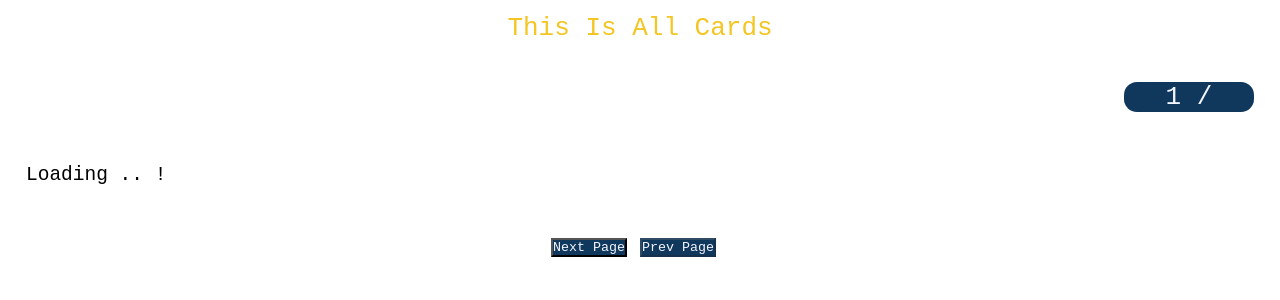
Repository: rehamtaher10/reactQueryTask
Page: /
The author's editor kept a copy of each file at every save. The page is drawn from the files as they stood at one save, then again after a run of saves.
The browser window is 1280 px wide. The pictures show the whole page.
The page's requests for data from a server got no answer. The project was rebuilt for these pictures with package versions that can differ from the ones it lists, and the page was loaded fresh each time. No one was signed in, and anything a server would have sent is missing. Also part of the build but not shown: vite.config.js.

Above is the page before, as saved 2024-12-07 20:24:10.

After the next 2 saves:
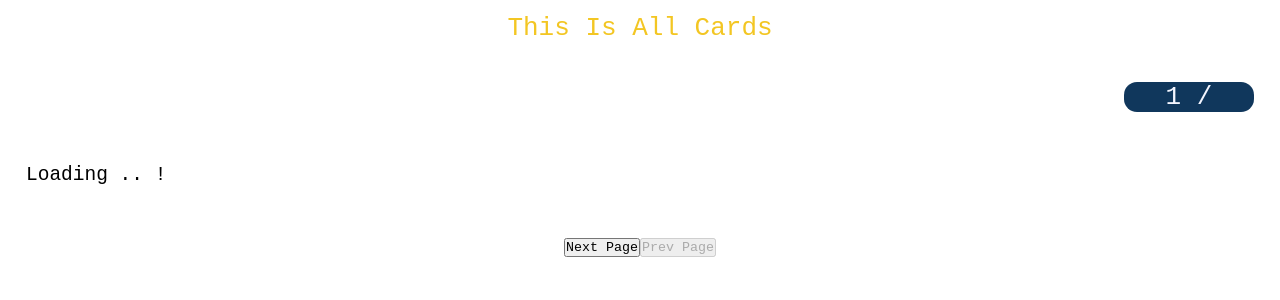
The 2 saves are shown as one change because they came seconds apart.
The last was saved 21 s later.
--- a/src/style/app.css
+++ b/src/style/app.css
@@ -65,7 +65,7 @@ h1{
     justify-content: center;
 
 }
-.pagination button{
+.button{
     background-color:#10375C ;
     color: #F4F6FF;
     direction: ltr;
